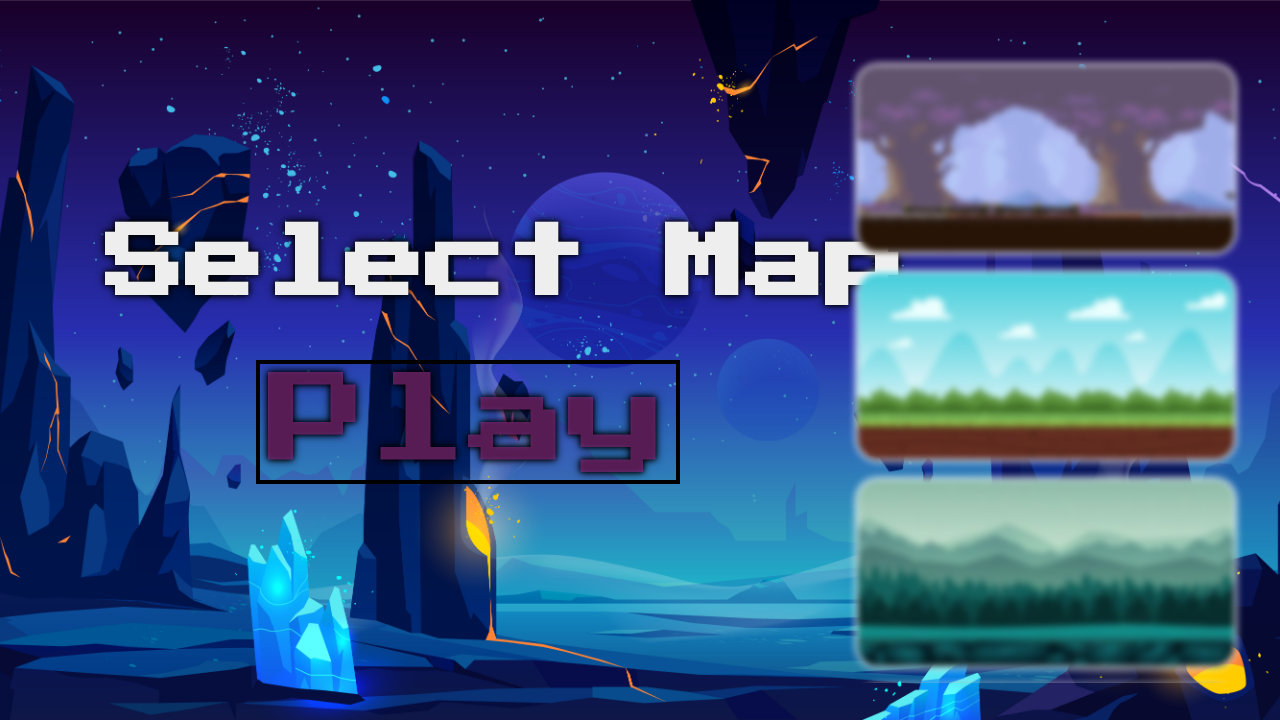
Repository: Gaurav31052/Fighting-game
Page: home.html
An editor plug-in stored every save of this project. The page is shown before and after the next save, followed by the edit.
The browser window is 1280 px wide. The pictures show the whole page.
An inner scrolling area shows only its first screen.

Above is the page before, as saved 2024-06-06 23:36:22.

After the next save:
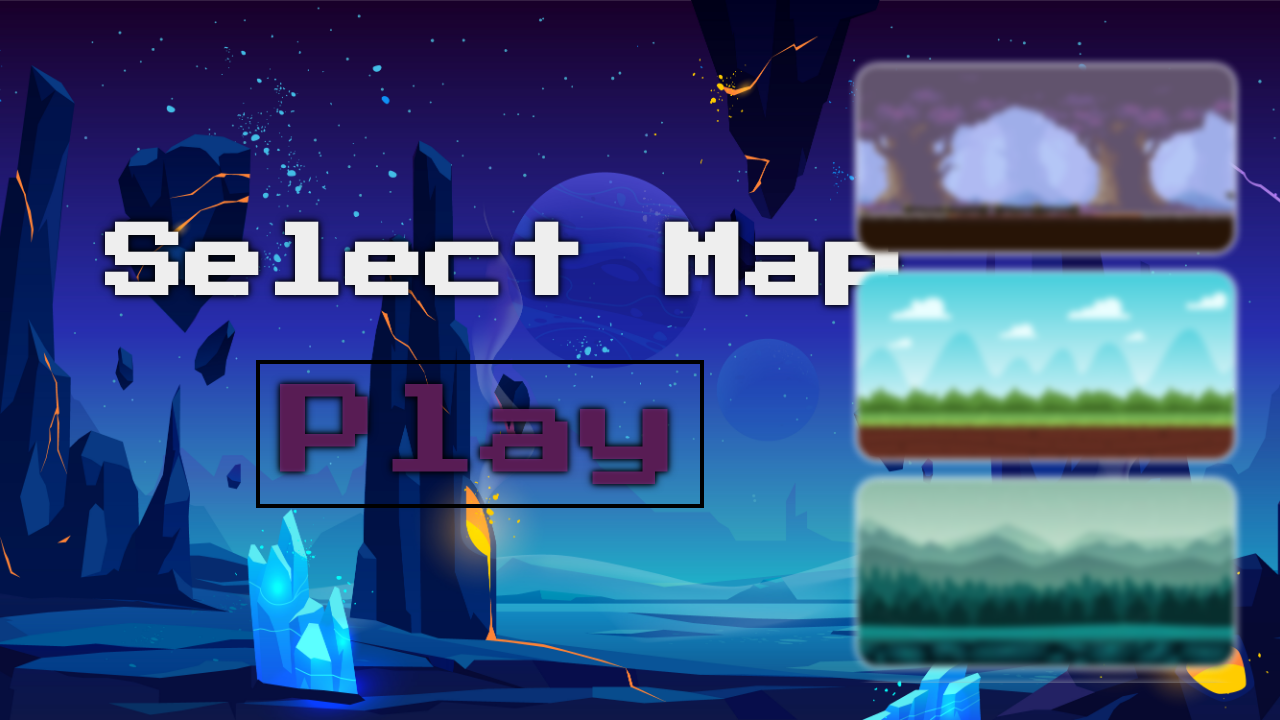
Saved 16 s later.
--- a/style.css
+++ b/style.css
@@ -46,7 +46,7 @@ a {
     text-align: center;
     /* padding-top: 100px; */
     text-shadow: 0 0 10px #000000, 0 0 5px #000000;
-   padding: 8px;
+   padding: 20px;
     background: transparent;
     border: none;
 }
